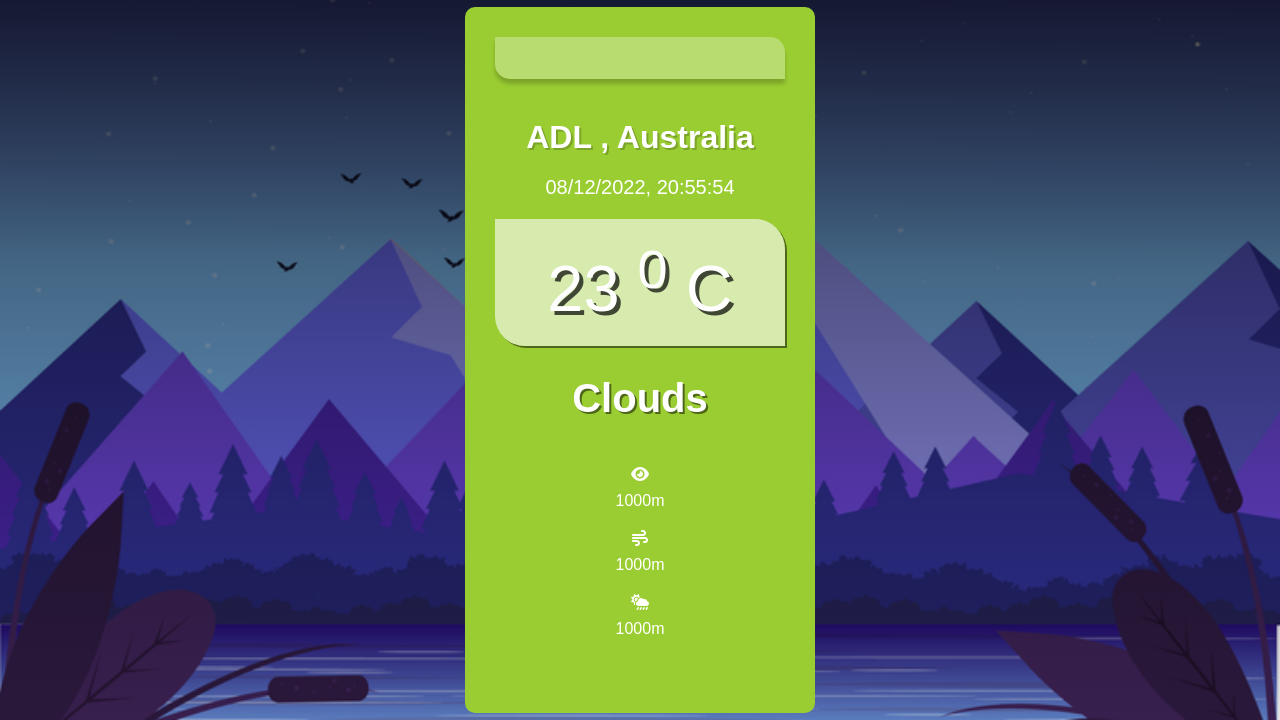
Repository: andrewhuynh561/weather-app-1
Page: index.html
The author's editor kept a copy of each file at every save. The page is drawn from the files as they stood at one save, then again after the next save.
The browser window is 1280 px wide. The pictures show the whole page.

Above is the page before, as saved 2022-12-08 21:22:48.

After the next save:
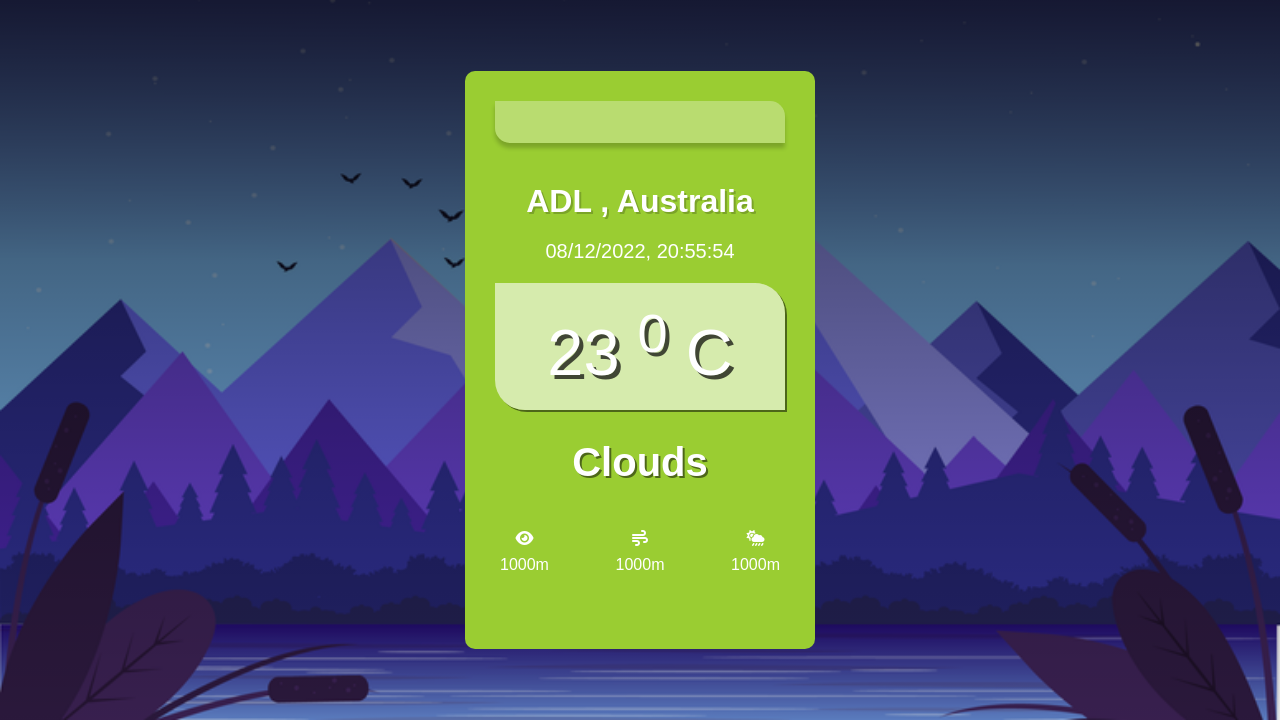
Saved 44 s later.
--- a/style.css
+++ b/style.css
@@ -62,6 +62,10 @@ body{
     margin: 30px;
 
 }
+.more-desc{
+    display: flex;
+    justify-content:space-between ;
+}
 .more-desc div{
     display: flex;
     flex-direction: column;
